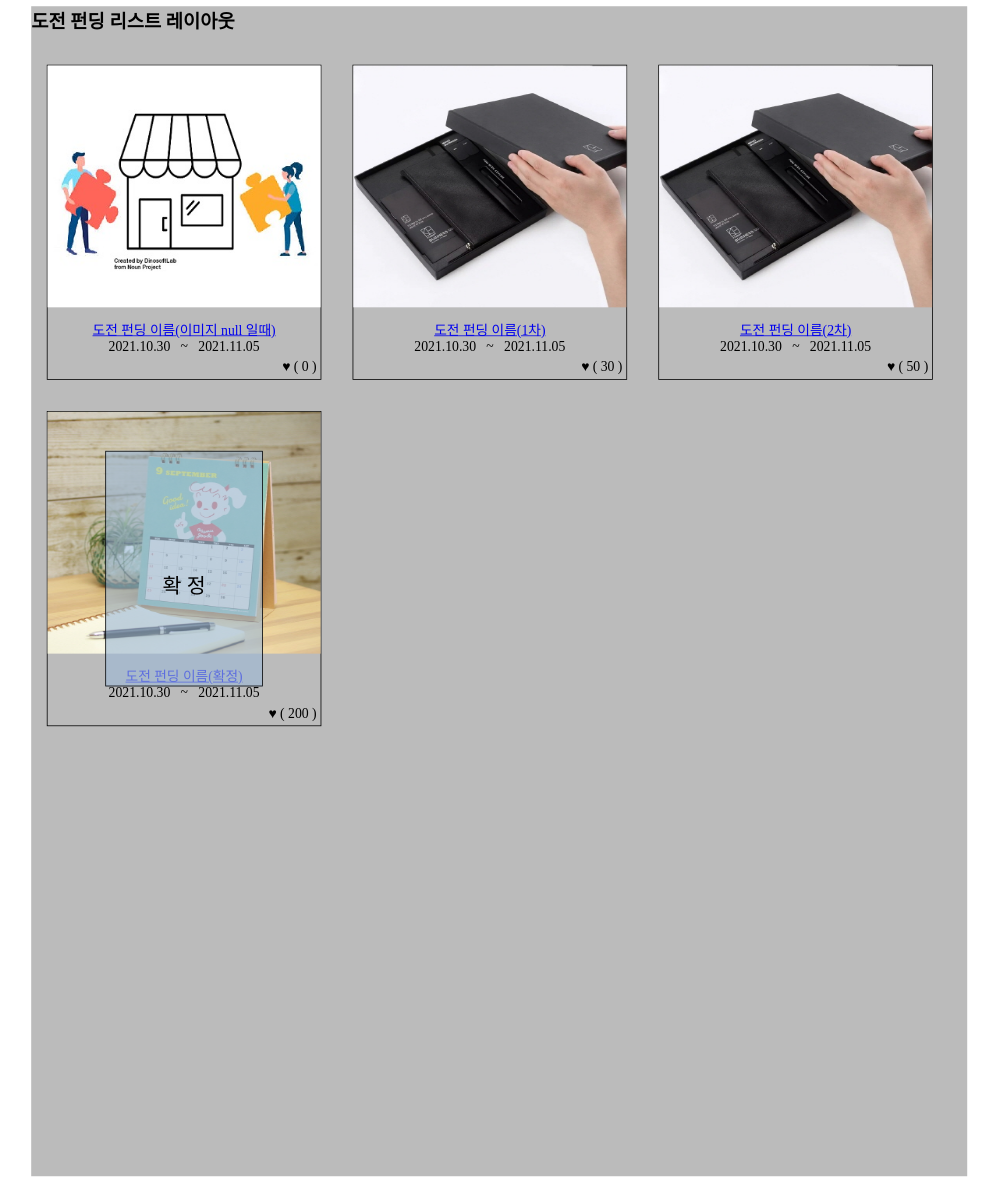
Repository: GroundPark/team6
Page: http://localhost/lefthand/page/product/chal_funding_list.jsp
An editor plug-in stored every save of this project. The page is shown before and after the next save, followed by the edit.
The browser window is 1280 px wide. The pictures show the whole page, at 78% of full size.
The page is served by Tomcat 9. Other server files are loaded and not shown.

Above is the page before, as saved 2021-11-20 18:06:24.

### lefthand/WebContent/page/product/chal_funding_list.jsp
<%@ page language="java" contentType="text/html; charset=UTF-8" pageEncoding="UTF-8"%>


<style>

.chal_funding_contents {
	width:1200px; height:1500px;  margin: 0 auto;
	background-color:#bbbbbb;

}

.chal_funding { position:relative; margin:20px; border:1px black solid; float:left; font-size:1.1em; }

.chal_period { text-align:center; }

.chal_like { float:right; padding:5px; }

.chal_ok {
	position:absolute;
	top:50%; left:50%;
	transform:translate(-50%, -50%);
	width:200px; height:150px; background-color:rgba(155, 183, 214, 0.6);
	z-index: 1;
	border:1px black solid;
	text-align:center;
	font-size:1.5em;
	padding-top:150px;
}
</style>


<div class="chal_funding_contents">
<h2>도전 펀딩 리스트 레이아웃</h2>
<div class="chal_funding">
	<a href="#"><img src="../challenge/img/chal_info_default.jpg" style="width:350px; height:310px; padding-bottom:15px;" /></a>
	<div style="text-align:center;"><a href="#">도전 펀딩 이름(이미지 null 일때)</a></div>
	<div class="chal_period"> &nbsp; 2021.10.30 &nbsp; ~ &nbsp; 2021.11.05 &nbsp; </div>
	<div class="chal_like"> ♥ ( 0 ) </div>
</div>

<div class="chal_funding">
	<a href="#"><img src="../challenge/userimg/thum_chal_info_2.jpg" style="width:350px; height:310px; padding-bottom:15px;" /></a>
	<div style="text-align:center;"><a href="#">도전 펀딩 이름(1차)</a></div>
	<div class="chal_period"> &nbsp; 2021.10.30 &nbsp; ~ &nbsp; 2021.11.05 &nbsp; </div>
	<div class="chal_like"> ♥ ( 30 ) </div>
</div>

<div class="chal_funding">
	<a href="#"><img src="../challenge/userimg/thum_chal_info_2.jpg" style="width:350px; height:310px; padding-bottom:15px;" /></a>
	<div style="text-align:center;"><a href="#">도전 펀딩 이름(2차)</a></div>
	<div class="chal_period"> &nbsp; 2021.10.30 &nbsp; ~ &nbsp; 2021.11.05 &nbsp; </div>
	<div class="chal_like"> ♥ ( 50 ) </div>
</div>

<div class="chal_funding">
	<a href="#"><img src="../challenge/userimg/thum_chal_info_1.jpg" style="width:350px; height:310px; padding-bottom:15px;" /></a>
	<div class="chal_ok"> 확 정 </div>
	<div style="text-align:center;"><a href="#">도전 펀딩 이름(확정)</a></div>
	<div class="chal_period"> &nbsp; 2021.10.30 &nbsp; ~ &nbsp; 2021.11.05 &nbsp; </div>
	<div class="chal_like"> ♥ ( 200 ) </div>
</div>



</div>

After the next save:
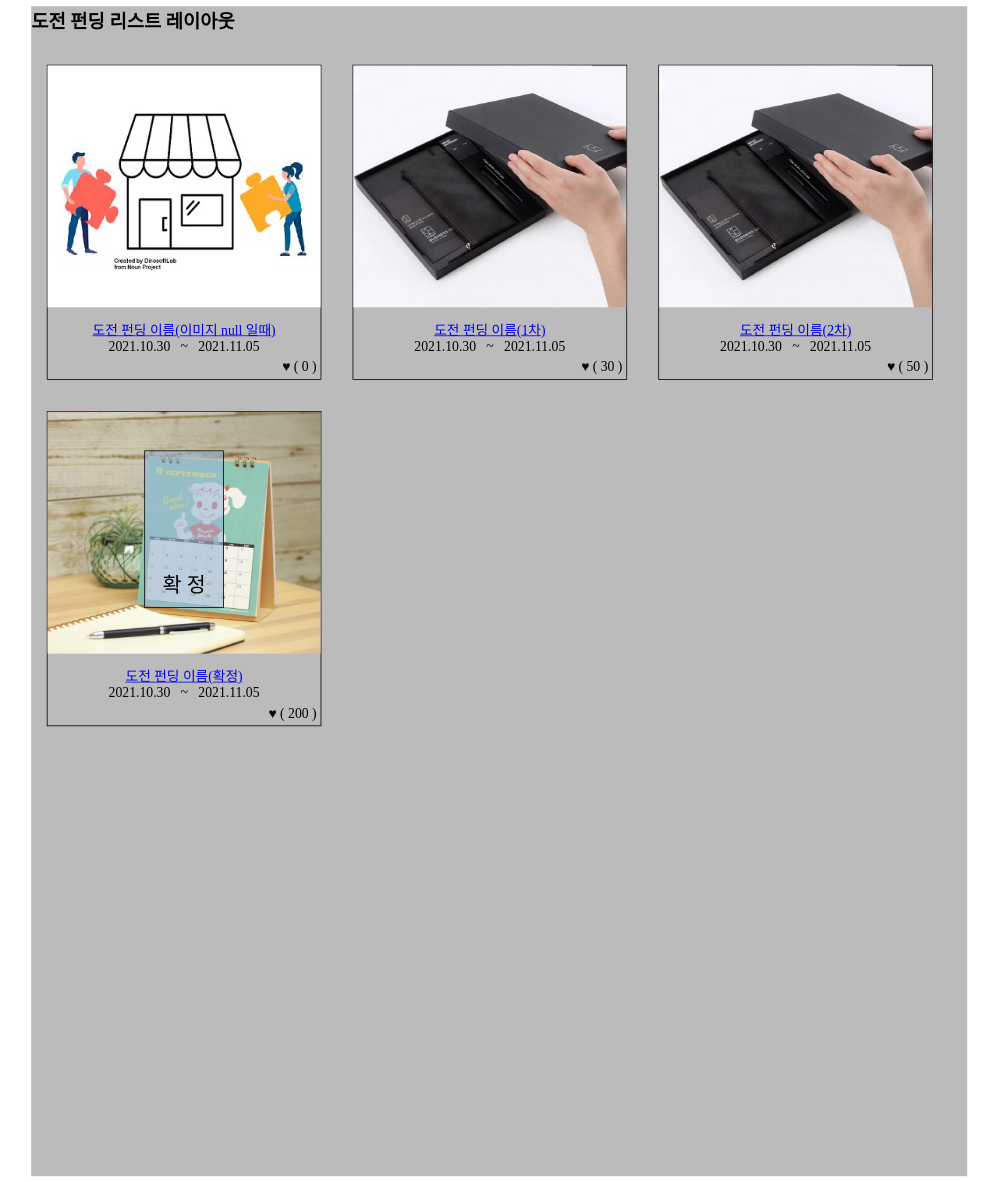
Saved 18 s later.
--- a/lefthand/WebContent/page/product/chal_funding_list.jsp
+++ b/lefthand/WebContent/page/product/chal_funding_list.jsp
@@ -18,8 +18,8 @@
 .chal_ok {
 	position:absolute;
 	top:50%; left:50%;
-	transform:translate(-50%, -50%);
-	width:200px; height:150px; background-color:rgba(155, 183, 214, 0.6);
+	transform:translate(-50%, -75%);
+	width:100px; height:50px; background-color:rgba(155, 183, 214, 0.6);
 	z-index: 1;
 	border:1px black solid;
 	text-align:center;
